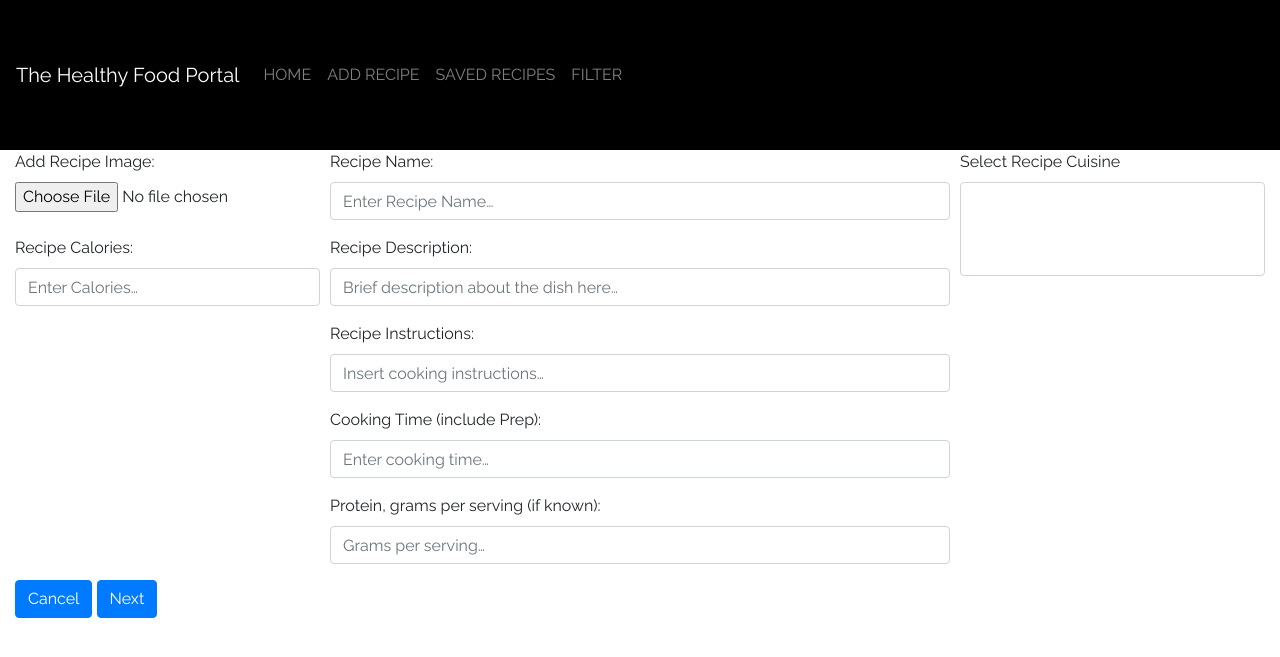
Repository: jamesgreen21/the-health-food-portal
Page: http://localhost/add_recipe
The author's editor kept a record of every edit. The page is drawn from the files as they stood at one moment, then again after the next edit.
The browser window is 1280 px wide. The pictures show the whole page.
Pictures or frames that could not be fetched are drawn as grey boxes. Some web libraries are served in a nearby version. The page is served by the project's application, run on Flask 3 (app.py). Queries for data that is not in the repository find no rows.

Above is the page before.

After the next edit:
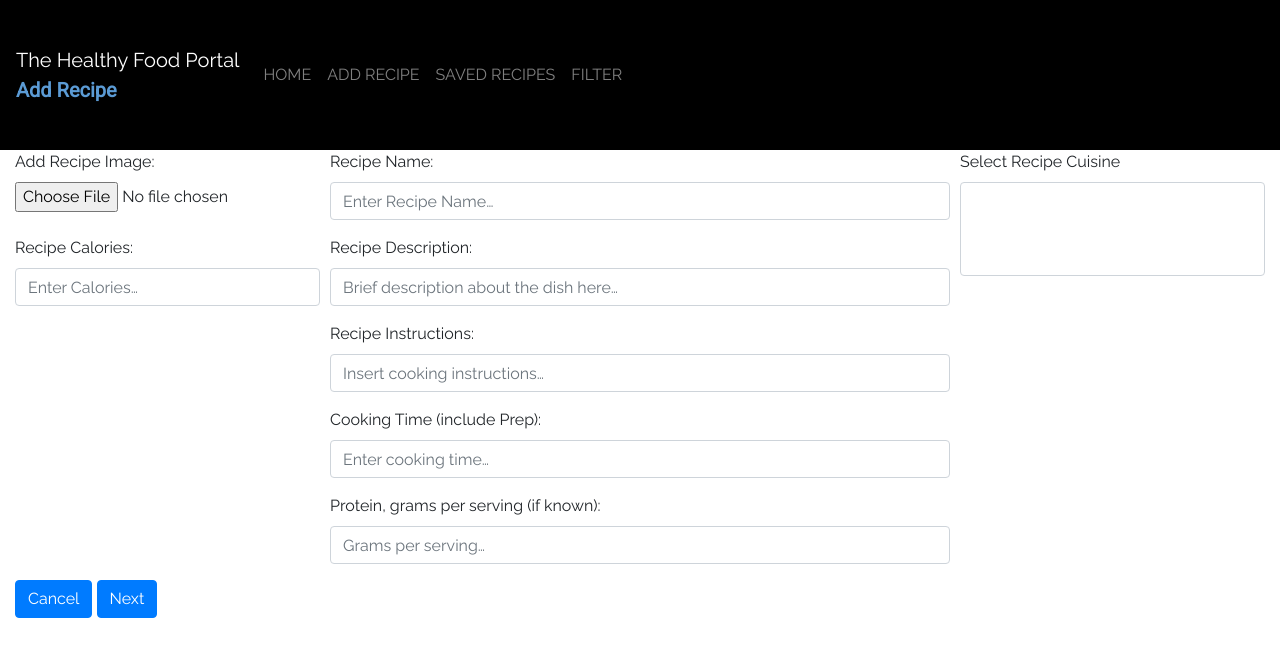
The edit:
--- a/app.py
+++ b/app.py
@@ -18,7 +18,8 @@
 @app.route('/add_recipe')
 def add_recipe():
     return render_template("addrecipe.html",
-                            cuisines=mongo.db.cuisines.find())
+                            cuisines=mongo.db.cuisines.find(),
+                            page="Add Recipe")
 
 @app.route('/insert_recipe', methods=['POST'])
 def insert_recipe():
